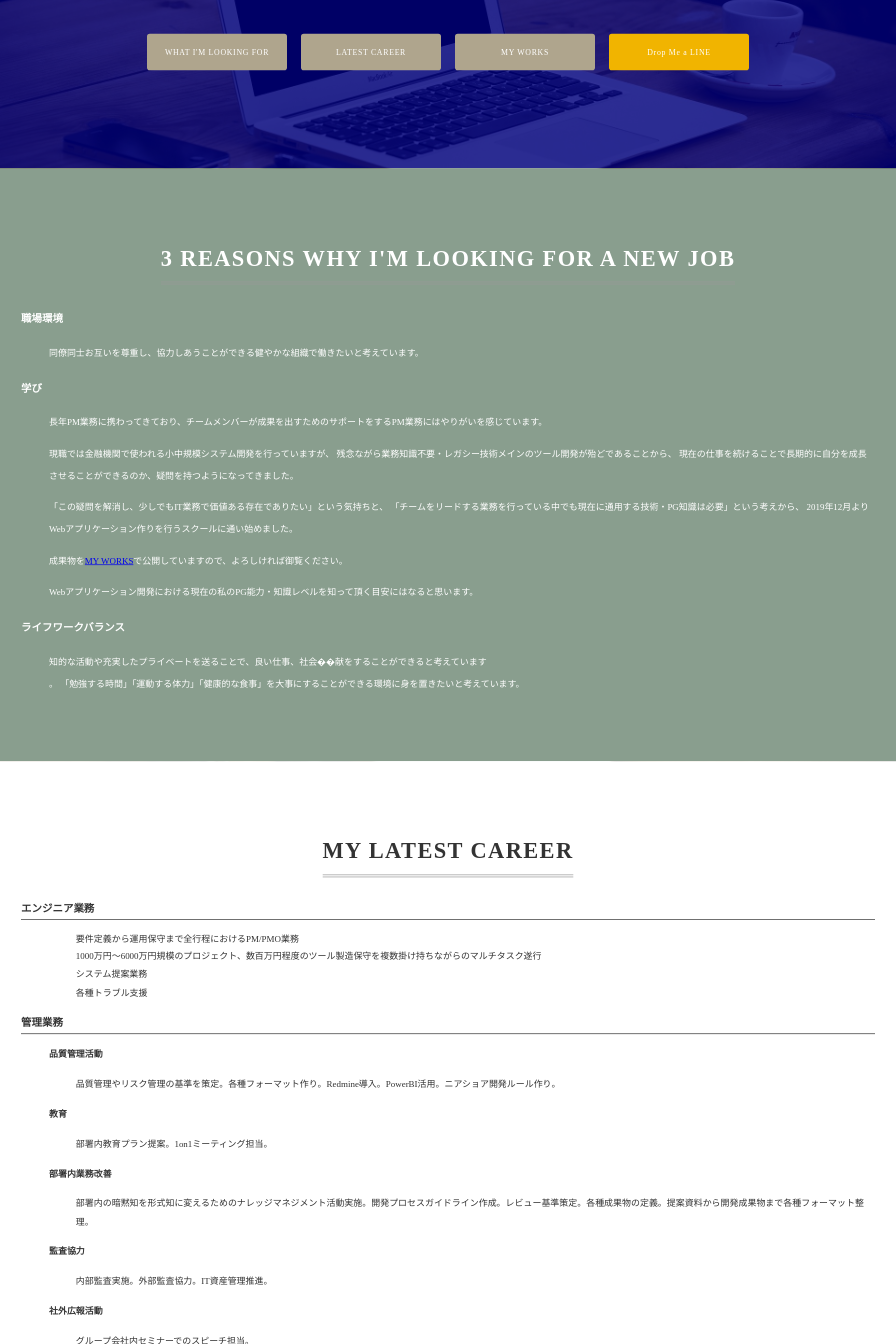
Repository: dackelteckel/myworks
Page: index.html
The author's editor kept a record of every edit. The page is drawn from the files as they stood at one moment, then again after the next edit.
The browser window is 1280 px wide. The pictures show the part of the page from y = 415 to 2335 px (the page is 3243 px tall), at 70% of full size.
Backgrounds fixed to the window are drawn as part of the page.

Above is the page before.

After the next edit:
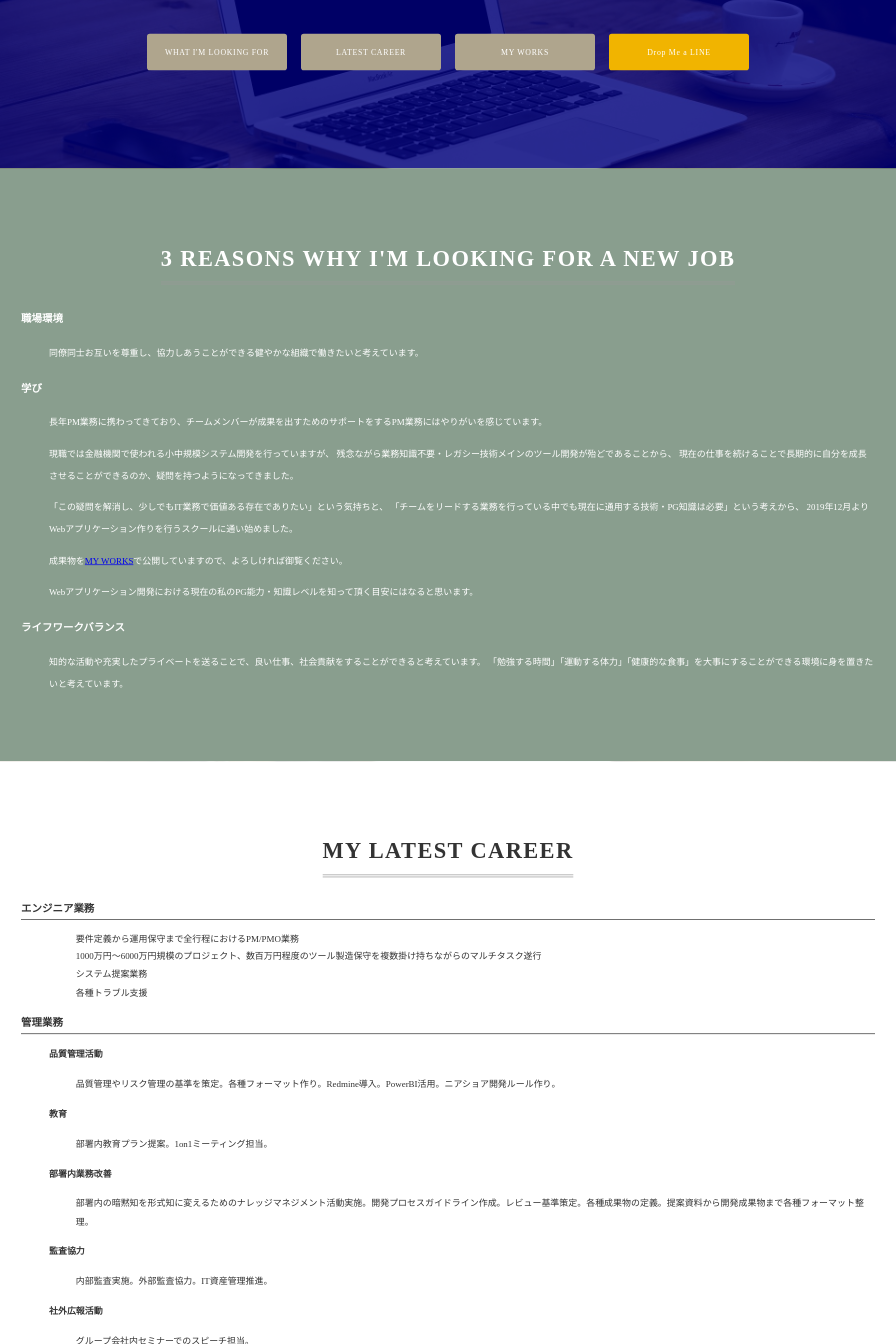
The edit:
--- a/index.html
+++ b/index.html
@@ -102,8 +102,10 @@
       <h3>ライフワークバランス</h3>
       <ul>
         <li>
-          知的な活動や充実したプライベートを送ることで、良い仕事、社会��献をすることができると考えています<br>。
-        「勉強する時間」「運動する体力」「健康的な食事」を大事にすることができる環境に身を置きたいと考えています。
+          <p>
+            知的な活動や充実したプライベートを送ることで、良い仕事、社会貢献をすることができると考えています。
+          「勉強する時間」「運動する体力」「健康的な食事」を大事にすることができる環境に身を置きたいと考えています。
+          </p>
         </li>
       </ul>
     </dev>
